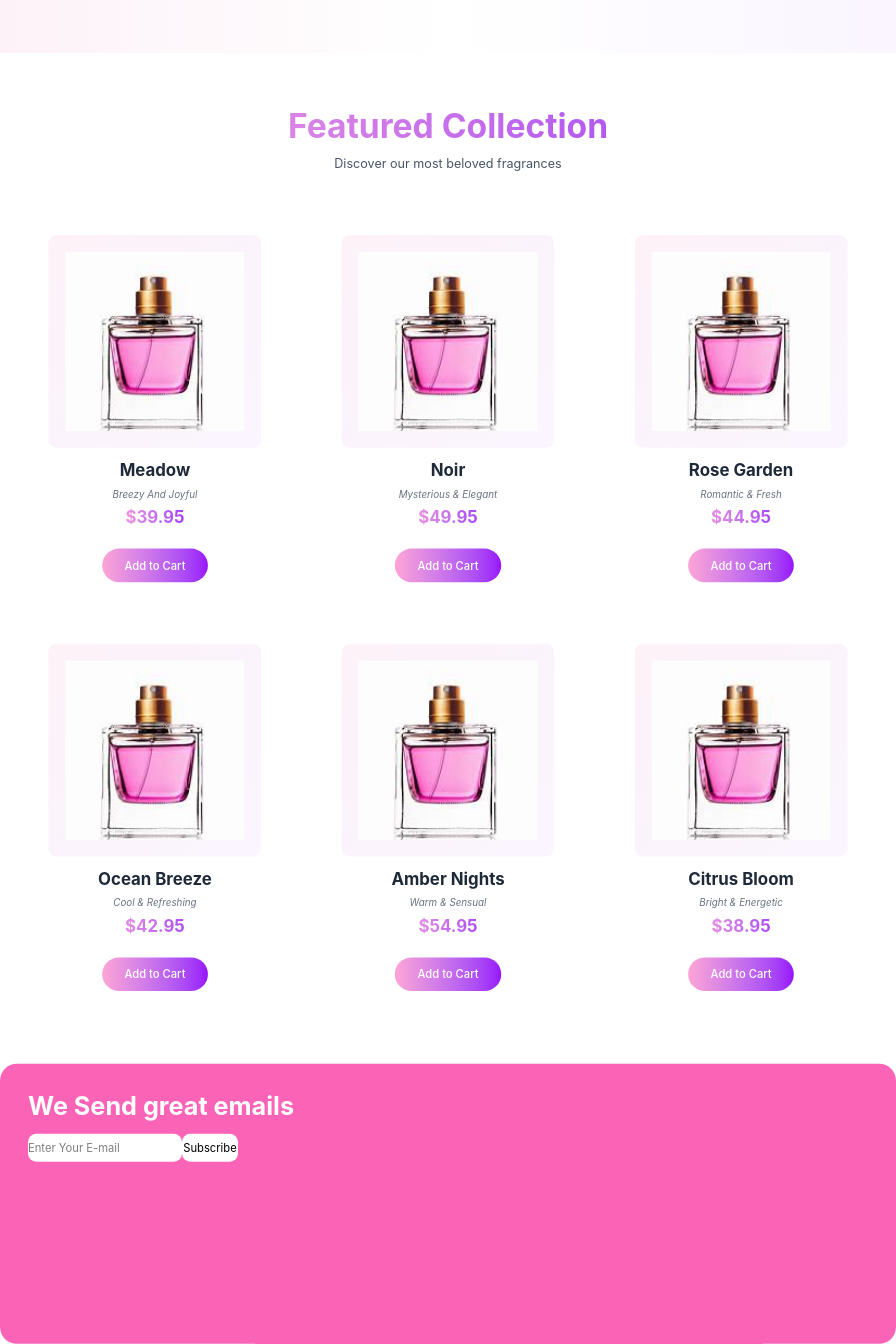
Repository: kiran2k5-ai/E-Commerce-Perfume
Page: /
An editor plug-in stored every save of this project. The page is shown before and after a run of saves, followed by the edit.
The browser window is 1280 px wide. The pictures show the part of the page from y = 904 to 2824 px (the page is 2824 px tall), at 70% of full size.
The project was rebuilt for these pictures with package versions that can differ from the ones it lists, and the page was loaded fresh each time. Also part of the build but not shown: vite.config.js.

Above is the page before, as saved 2026-02-04 12:42:19.

After the next 8 saves:
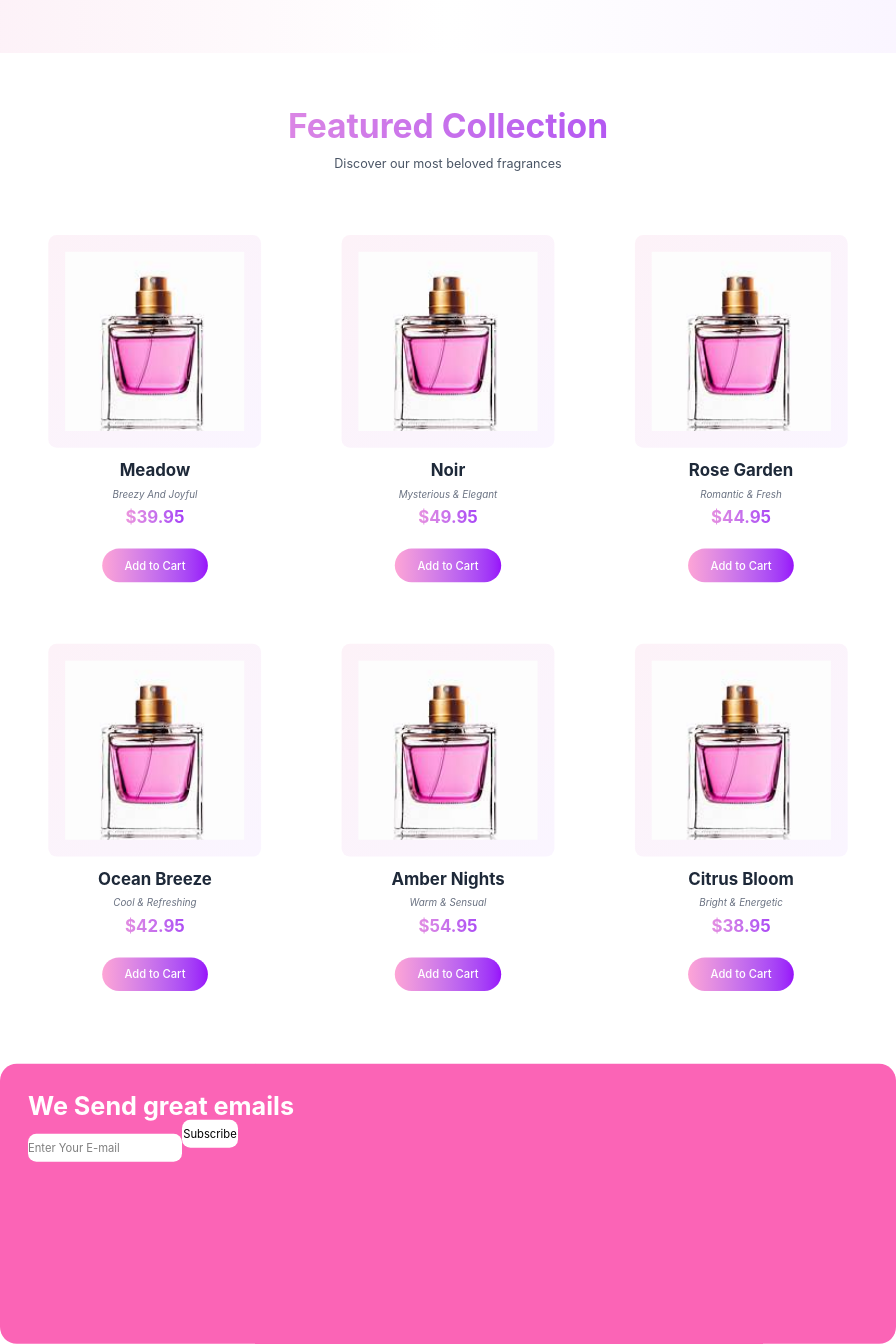
The 8 saves are shown as one change because they came seconds apart.
The last was saved 23 s later.
--- a/src/components/Footer.jsx
+++ b/src/components/Footer.jsx
@@ -6,9 +6,10 @@ const Footer = () => {
       <div className='h-100 w-350 bg-pink-400 rounded-3xl'>
         <div className='mt-10 ml-10 '>
             <h2 className='font-bold text-4xl  text-white'>We Send great emails</h2>
-            <div></div>
+            <div className='flex flex-'>
             <input type="text" className='bg-white rounded-xl w-55 h-10 text-black mt-5' placeholder='Enter Your E-mail'/>
             <button className=' bg-white w-20 h-10 rounded-xl text-black'>Subscribe</button>
+            </div>
         </div>
       </div>
     </div>
